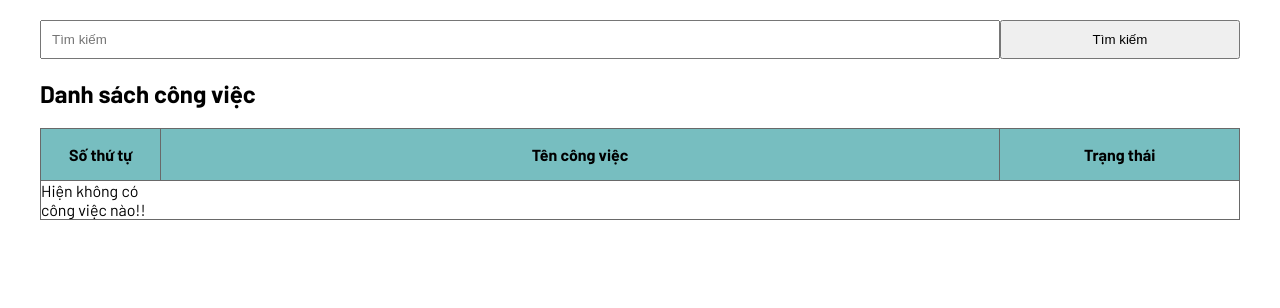
Repository: OkazakiTruong/searchReact
Page: /
The author's editor kept a copy of each file at every save. The page is drawn from the files as they stood at one save, then again after the next save.
The browser window is 1280 px wide. The pictures show the whole page.
The page's requests for data from a server got no answer. The project was rebuilt for these pictures with package versions that can differ from the ones it lists, and the page was loaded fresh each time. No one was signed in, and anything a server would have sent is missing. Also part of the build but not shown: vite.config.js.

Above is the page before, as saved 2024-01-11 14:16:34.

After the next save:
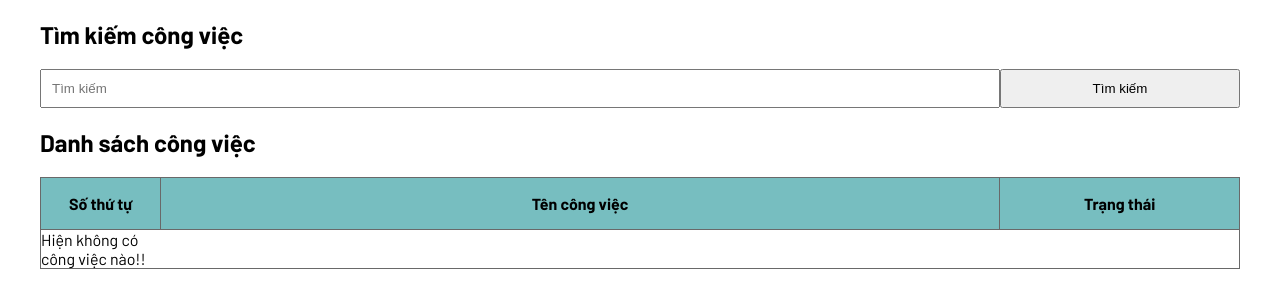
Saved 23 s later.
--- a/src/SearchApp/Search/Search.jsx
+++ b/src/SearchApp/Search/Search.jsx
@@ -4,6 +4,7 @@ import "./Search.css";
 export const Search = () => {
   return (
     <div className="search-container">
+      <h2>Tìm kiếm công việc</h2>
       <form action="#">
         <div className="search-bar">
           <input type="text" placeholder="Tìm kiếm" />
